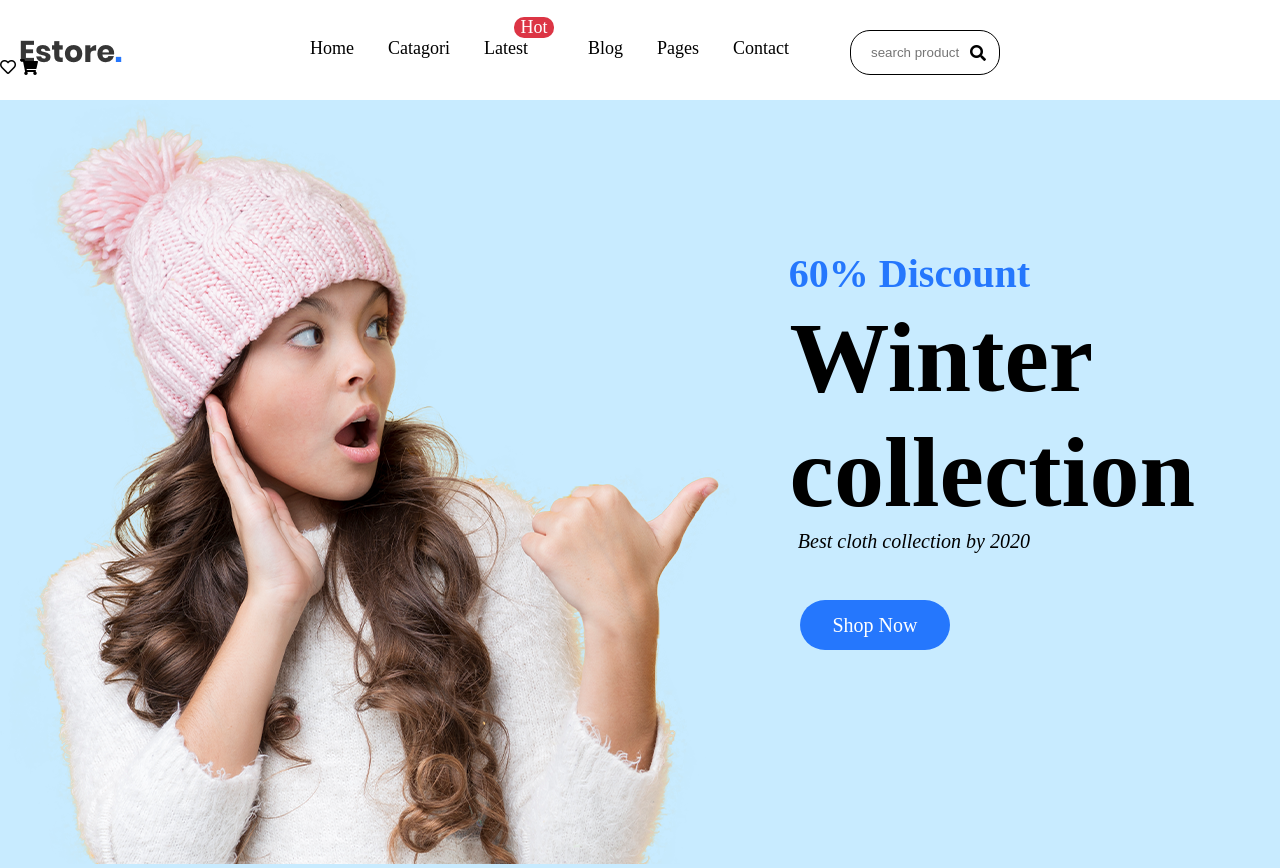
Repository: nhutduy0803/template1
Page: index.html
The author's editor kept a copy of each file at every save. The page is drawn from the files as they stood at one save, then again after the next save.
The browser window is 1280 px wide. The pictures show the whole page.

Above is the page before, as saved 2021-12-02 21:56:43.

After the next save:
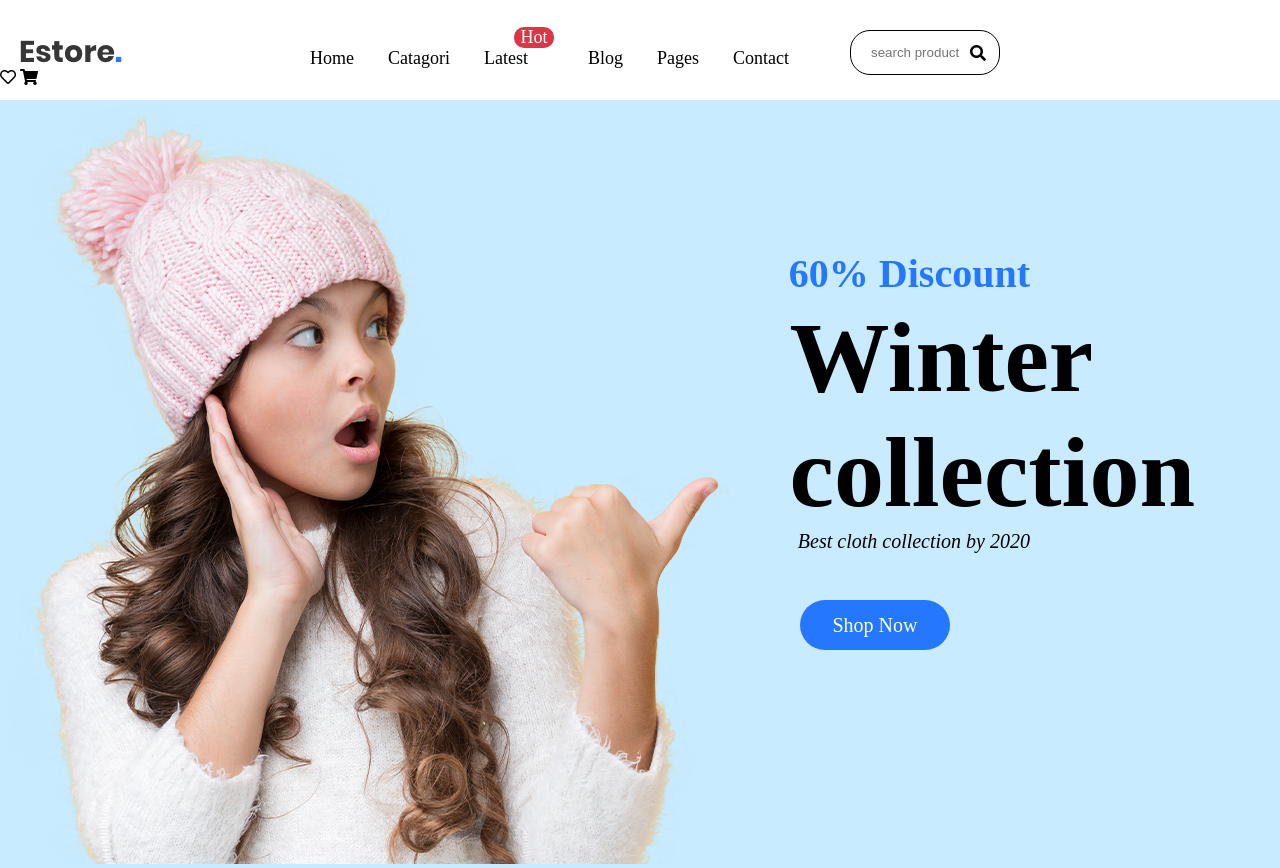
Saved 34 s later.
--- a/assets/css/style.css
+++ b/assets/css/style.css
@@ -86,7 +86,7 @@ html {
 }
 
 .header ul {
-  margin-top: -50px;
+  margin-top: -40px;
   margin-left: 280px;
 }
 
